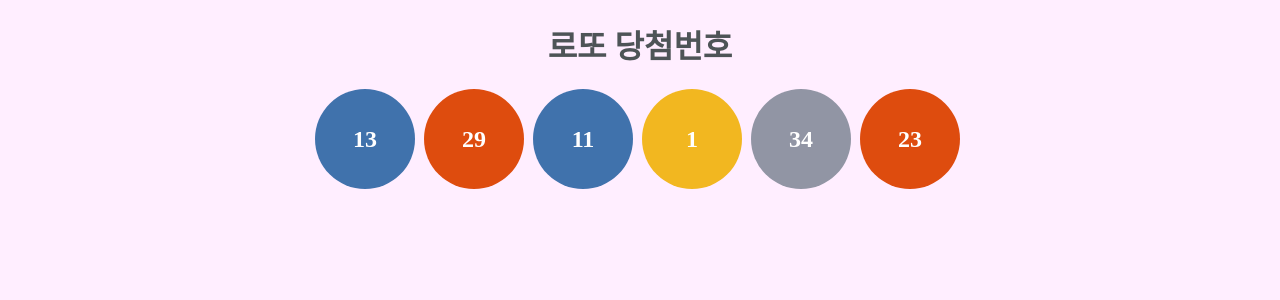
Repository: ssummini/Web
Page: JavaScript/src/main/webapp/practice/practice05.html
These files come from the project's save history. The page is drawn as it stood at one moment and after the next save; the edit follows.
The browser window is 1280 px wide. The pictures show the whole page.

Above is the page before, as saved 2024-08-22 00:47:08.

### JavaScript/src/main/webapp/practice/practice05.html
<!DOCTYPE html>
<html>
<head>
<meta charset="UTF-8">
<title>Insert title here</title>
<style type="text/css">

body {
	background-color: #FFEEFF;
	margin: 0 auto;
	text-align: center;
}

h1 {
	color: #4E5457;
}

.lotto {
	display: inline-block;
	width: 100px;
	height: 100px;
	border-radius: 50%;
	position: relative;
	margin-right: 5px;
	text-align: center;
	font-size: 24px;
	font-weight: bold;
	color: white;
	line-height: 100px;
}

.lotto span {
	position: absolute;
	left: 40px;
   	top: 18px;
    text-align: center;
}
</style>
</head>
<body onload="start()">
	<h1>로또 당첨번호</h1>
	<div class="lotto"><span></span></div>
    <div class="lotto"><span></span></div>
    <div class="lotto"><span ></span></div>
    <div class="lotto"><span></span></div>
    <div class="lotto"><span></span></div>
    <div class="lotto"><span></span></div>

<script type="text/javascript">
	function pickNumber(){
		let lottoNumbers = [];
		let number;
		let isSame;
		for(let i=0; i<6; i++){
			do{
				number = parseInt(Math.random() * 45 + 1);
				isSame = false;
				for(let j=0; j<lottoNumbers.length; j++){
					if(number == lottoNumbers[j]){
						isSame = true;
						break;
					}
				}
			}while(isSame);

			lottoNumbers.push(number);
		}

/* 		lottoNumbers.sort(function(a, b)  {
			  return a - b;
		}); */

		return lottoNumbers;
	}

	function start(){
		let lottoNumbers = pickNumber();
		let lottoBalls = document.getElementsByClassName("lotto");

		for(let i=0; i<lottoNumbers.length; i++){
			lottoBalls[i].innerText = lottoNumbers[i];
			let color = parseInt(lottoNumbers[i] / 10);

			switch (color) {
				case 0:
	                lottoBalls[i].style.backgroundColor = "#F2B720"; // 노란색
	                break;
	            case 1:
	                lottoBalls[i].style.backgroundColor = "#4072AC"; // 파란색
	                break;
	            case 2:
	                lottoBalls[i].style.backgroundColor = "#DE4C0E"; // 빨간색
	                break;
	            case 3:
	                lottoBalls[i].style.backgroundColor = "#9195A4"; // 회색
	                break;
	            case 4:
	                lottoBalls[i].style.backgroundColor = "#13BE4B"; // 녹색
	                break;
			}
		}
	}
</script>
</body>
</html>

After the next save:
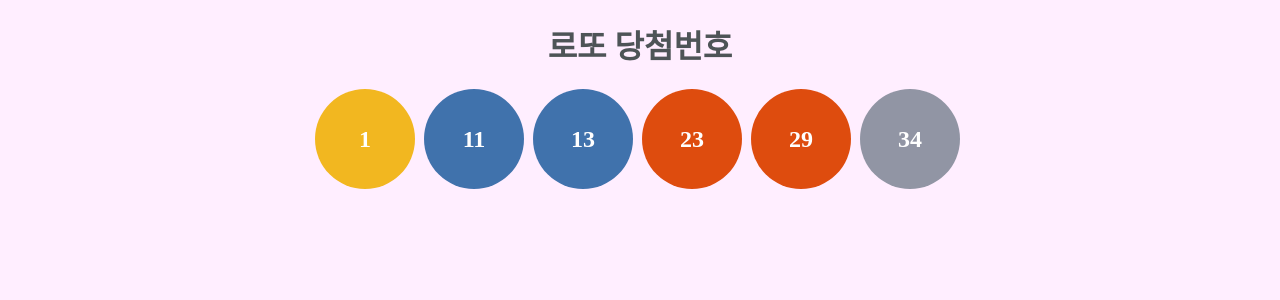
Saved 16 s later.
--- a/JavaScript/src/main/webapp/practice/practice05.html
+++ b/JavaScript/src/main/webapp/practice/practice05.html
@@ -66,9 +66,9 @@ h1 {
 			lottoNumbers.push(number);
 		}
 
-/* 		lottoNumbers.sort(function(a, b)  {
+		lottoNumbers.sort(function(a, b)  {
 			  return a - b;
-		}); */
+		});
 
 		return lottoNumbers;
 	}
